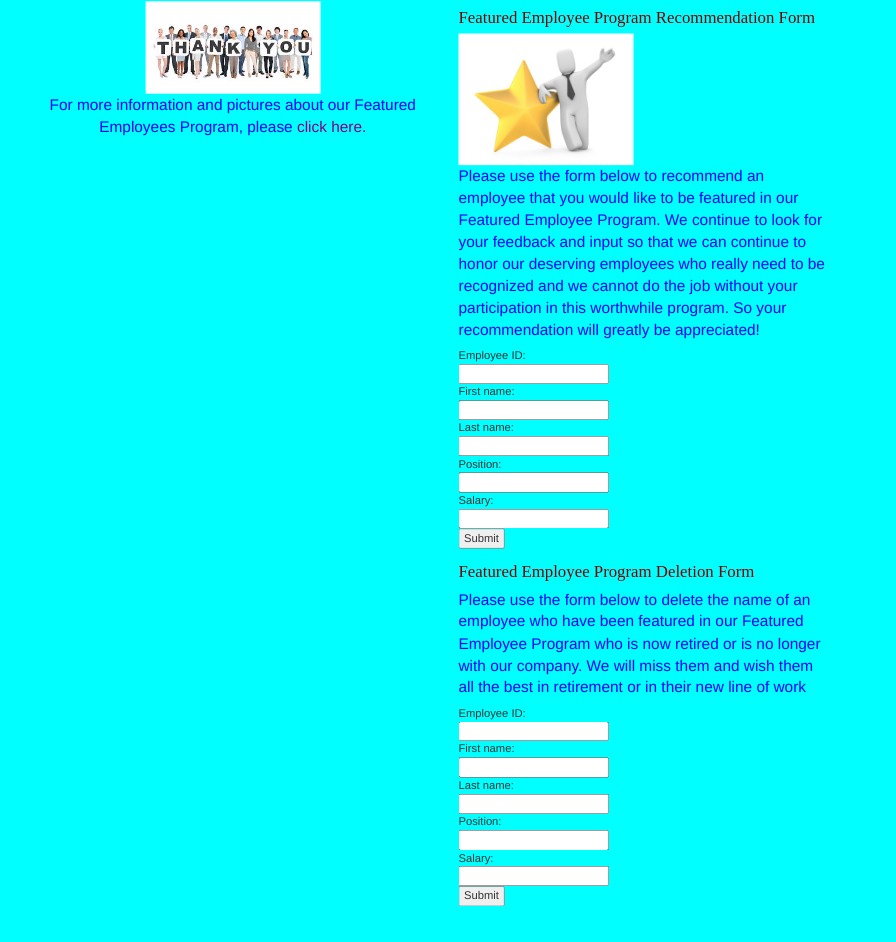
Repository: myjavaweb2/Week5JDBCAssignments
Page: myweek4project/src/main/webapp/employee.html
The author's editor kept a copy of each file at every save. The page is drawn from the files as they stood at one save, then again after the next save.
The browser window is 1280 px wide. The pictures show the part of the page from y = 1777 to 3697 px (the page is 3123 px tall before and 3697 px after), at 70% of full size.

Above is the page before, as saved 2016-08-30 20:02:04.

### myweek4project/src/main/webapp/employee.html
<!DOCTYPE html>
<html>
<head>
<meta charset="ISO-8859-1">
<title>Employee Recognition Program</title>

<!-- Latest compiled and minified CSS -->
<link rel="stylesheet" href="https://maxcdn.bootstrapcdn.com/bootstrap/3.3.7/css/bootstrap.min.css" integrity="sha384-BVYiiSIFeK1dGmJRAkycuHAHRg32OmUcww7on3RYdg4Va+PmSTsz/K68vbdEjh4u" crossorigin="anonymous">

<link rel="stylesheet" type="text/css" href="styles.css">



</head>
<body>

	<header>

		<h1>New Age International IT Consultants</h1>

	</header>

	<main>

	<h2>We Are a Global Leaders in IT Consultants</h2>

	<p>New Age International IT Consultants is a worldwide IT
		consulting company that services many Fortune 500 companies. We
		provide support to reputable companies in the areas of software
		engineering, project management, IT analysis, database management
		systems, and information technology security. We also work with
		companies in screening their IT hires and provide mentoring to new
		hires and experienced company staff.</p>

	<h3>List of our Major Services</h3>

	<ul>
		<li>Software Engineering</li>
		<li>Project Management</li>
		<li>Database Administration</li>
		<li>Web Design and Development</li>
		<li>IT Skills Recruitment and Mentoring</li>
	</ul>

	<h2>Featured Employee Program</h2>
	<p>At New Age International IT Consultants, our employees are our
		most valuable assets and we strive to honor our employees each year
		for their royalty and dedication to providing high quality services to
		our vast arrays of clients. Our employees who are featured on our
		Featured Employee Program are given recognition along with cash
		awards and other goodies.</p>

	<h2>List of 2016 Featured Employees</h2>

	<table class="table table-striped">
		<tr>
			<th>Employee ID</th>
			<th>First Name</th>
			<th>Last Name</th>
			<th>Position</th>
			<th>Salary</th>
		</tr>
		<tr>
			<td>1</td>
			<td>John</td>
			<td>McDaniel</td>
			<td>Project Analyst</td>
			<td>53720.64</td>
		</tr>
		<tr>
			<td>2</td>
			<td>Marianne</td>
			<td>Gongalez</td>
			<td>Secretary</td>
			<td>33461.20</td>
		</tr>
		<tr>
			<td>3</td>
			<td>Chris</td>
			<td>Paul</td>
			<td>Software Engineer</td>
			<td>74125.08</td>
		</tr>
		<tr>
			<td>4</td>
			<td>Halil</td>
			<td>Sharif</td>
			<td>Database Administrator</td>
			<td>78263.92</td>
		</tr>
		<tr>
			<td>5</td>
			<td>Jessica</td>
			<td>Smith</td>
			<td>Database Developer</td>
			<td>44842.50</td>
		</tr>
		<tr>
			<td>6</td>
			<td>William</td>
			<td>McCain</td>
			<td>Manager</td>
			<td>82207.12</td>
		</tr>
		<tr>
			<td>7</td>
			<td>Laura</td>
			<td>Johnson</td>
			<td>Janitor</td>
			<td>18261.37</td>
		</tr>
		<tr>
			<td>8</td>
			<td>Claire</td>
			<td>Krasinski</td>
			<td>Director</td>
			<td>107358.64</td>
		</tr>
		<tr>
			<td>9</td>
			<td>Steve</td>
			<td>Pileri</td>
			<td>Web Developer</td>
			<td>62375.95</td>
		</tr>
		<tr>
			<td>10</td>
			<td>Timothy</td>
			<td>Samuel</td>
			<td>CEO</td>
			<td>286786.35</td>
		</tr>
	</table>
	<br>
	<img alt="2016 Featured Employees" src="images/employees.jpg"> </main>

	<aside>
		<h3>Featured Employee Program Recommendation Form</h3>

		<img alt="2016 Featured Employees" src="images/employee_pride.jpg"
			width="250px">

		<p>Please use the form below to recommend an employee that you
			would like to be featured in our Featured Employee Program. We
			continue to look for your feedback and input so that we can continue
			to honor our deserving employees who really need to be recognized
			and we cannot do the job without your participation in this worthwhile
			program. So your recommendation will greatly be appreciated!</p>

		<form action="">
				Employee ID:<br> <input type="text" name="employee_id"><br>
				First name:<br> <input type="text" name="first_name"><br>
				Last name:<br> <input type="text" name="last_name"><br>
				Position:<br> <input type="text" name="position"><br>
				Salary:<br> <input type="text" name="salary"><br>
				<input type="submit" value="Submit">
		</form>

		<h3>Featured Employee Program Deletion Form</h3>

		<p>Please use the form below to delete the name of an employee who
			have been featured in our Featured Employee Program who is now
			retired or is no longer with our company. We will miss them and wish
			them all the best in retirement or in their new line of work</p>

			<form action="">
				Employee ID:<br> <input type="text" name="employee_id"><br>
				First name:<br> <input type="text" name="first_name"><br>
				Last name:<br> <input type="text" name="last_name"><br>
				Position:<br> <input type="text" name="position"><br>
				Salary:<br> <input type="text" name="salary"><br>
				<input type="submit" value="Submit">
		</form>

	</aside>

	<footer>

		<img alt="2016 Featured Employees" src="images/employees2.jpg"
			width="250px">

		<p>For more information and pictures about our Featured
			Employees Program, please <a href="http://www.graymatterblog.com/peer-peer-recognition-programs-ignites-business/" target="_blank">click here.</a></p>


	</footer>

</body>
</html>

### myweek4project/src/main/webapp/styles.css
html, body {
	margin: 0;
	padding: 0;
	border: 0;
	font-size: 100%;
	background-color: aqua;
}

header {
	height: 135px;
}

main {
	width: 950px;
	background-color: aqua;
	float: left;
	padding-left: 0;
	padding-right: 0;
	position: relative;
	right: 20px;
  	left: 80px;
  	top: 20px;
  	bottom: 15px;
}

aside {
	width: 650px;
	background-color: aqua;
	float: right;
	padding: 25px;
	padding-right: 100px;
}

footer {
	clear: left;
	padding: 35px;
	border: 5px;
	text-align: center;
}

p {
	font-style: Times New Roman, Tahoma, sans serif;
	font-size: 22px;
	color: blue;
}

h1, h2, h3 {
	font-family: fantasy, serif;
	color:maroon;
}

h1 {
	font-family: "Helvetica-Bold",Impact, sans serif;
	text-align: center;

}

ul {
	color:teal;
	font-size: 20px;
}

th {
	color: blue bold;
	font-size: 24px;
}

td {
	color:teal;
	font-size: 20px;
}

a {
	color: purple;
	text-decoration: none;
}

a:hover {

    text-decoration: line-through;
}

After the next save:
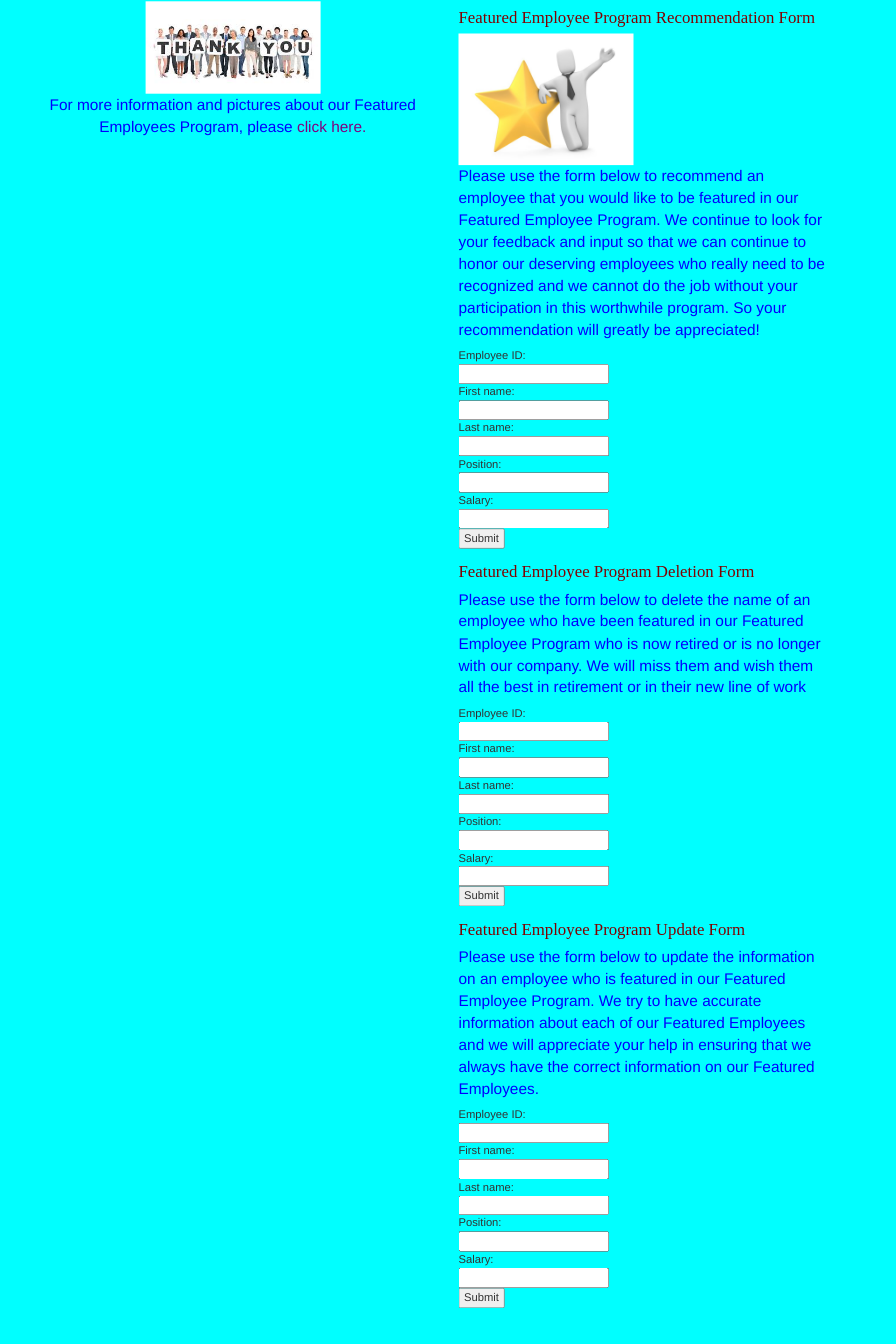
Saved 3 min 5 s later.
--- a/myweek4project/src/main/webapp/employee.html
+++ b/myweek4project/src/main/webapp/employee.html
@@ -5,7 +5,10 @@
 <title>Employee Recognition Program</title>
 
 <!-- Latest compiled and minified CSS -->
-<link rel="stylesheet" href="https://maxcdn.bootstrapcdn.com/bootstrap/3.3.7/css/bootstrap.min.css" integrity="sha384-BVYiiSIFeK1dGmJRAkycuHAHRg32OmUcww7on3RYdg4Va+PmSTsz/K68vbdEjh4u" crossorigin="anonymous">
+<link rel="stylesheet"
+	href="https://maxcdn.bootstrapcdn.com/bootstrap/3.3.7/css/bootstrap.min.css"
+	integrity="sha384-BVYiiSIFeK1dGmJRAkycuHAHRg32OmUcww7on3RYdg4Va+PmSTsz/K68vbdEjh4u"
+	crossorigin="anonymous">
 
 <link rel="stylesheet" type="text/css" href="styles.css">
 
@@ -47,8 +50,8 @@
 		most valuable assets and we strive to honor our employees each year
 		for their royalty and dedication to providing high quality services to
 		our vast arrays of clients. Our employees who are featured on our
-		Featured Employee Program are given recognition along with cash
-		awards and other goodies.</p>
+		Featured Employee Program are given recognition along with cash awards
+		and other goodies.</p>
 
 	<h2>List of 2016 Featured Employees</h2>
 
@@ -143,17 +146,17 @@
 		<p>Please use the form below to recommend an employee that you
 			would like to be featured in our Featured Employee Program. We
 			continue to look for your feedback and input so that we can continue
-			to honor our deserving employees who really need to be recognized
-			and we cannot do the job without your participation in this worthwhile
+			to honor our deserving employees who really need to be recognized and
+			we cannot do the job without your participation in this worthwhile
 			program. So your recommendation will greatly be appreciated!</p>
 
 		<form action="">
-				Employee ID:<br> <input type="text" name="employee_id"><br>
-				First name:<br> <input type="text" name="first_name"><br>
-				Last name:<br> <input type="text" name="last_name"><br>
-				Position:<br> <input type="text" name="position"><br>
-				Salary:<br> <input type="text" name="salary"><br>
-				<input type="submit" value="Submit">
+			Employee ID:<br> <input type="text" name="employee_id"><br>
+			First name:<br> <input type="text" name="first_name"><br>
+			Last name:<br> <input type="text" name="last_name"><br>
+			Position:<br> <input type="text" name="position"><br>
+			Salary:<br> <input type="text" name="salary"><br> <input
+				type="submit" value="Submit">
 		</form>
 
 		<h3>Featured Employee Program Deletion Form</h3>
@@ -163,13 +166,30 @@
 			retired or is no longer with our company. We will miss them and wish
 			them all the best in retirement or in their new line of work</p>
 
-			<form action="">
-				Employee ID:<br> <input type="text" name="employee_id"><br>
-				First name:<br> <input type="text" name="first_name"><br>
-				Last name:<br> <input type="text" name="last_name"><br>
-				Position:<br> <input type="text" name="position"><br>
-				Salary:<br> <input type="text" name="salary"><br>
-				<input type="submit" value="Submit">
+		<form action="">
+			Employee ID:<br> <input type="text" name="employee_id"><br>
+			First name:<br> <input type="text" name="first_name"><br>
+			Last name:<br> <input type="text" name="last_name"><br>
+			Position:<br> <input type="text" name="position"><br>
+			Salary:<br> <input type="text" name="salary"><br> <input
+				type="submit" value="Submit">
+		</form>
+
+		<h3>Featured Employee Program Update Form</h3>
+
+		<p>Please use the form below to update the information on an
+			employee who is featured in our Featured Employee Program. We try to
+			have accurate information about each of our Featured Employees and we
+			will appreciate your help in ensuring that we always have the correct
+			information on our Featured Employees.</p>
+
+		<form action="">
+			Employee ID:<br> <input type="text" name="employee_id"><br>
+			First name:<br> <input type="text" name="first_name"><br>
+			Last name:<br> <input type="text" name="last_name"><br>
+			Position:<br> <input type="text" name="position"><br>
+			Salary:<br> <input type="text" name="salary"><br> <input
+				type="submit" value="Submit">
 		</form>
 
 	</aside>
@@ -179,8 +199,12 @@
 		<img alt="2016 Featured Employees" src="images/employees2.jpg"
 			width="250px">
 
-		<p>For more information and pictures about our Featured
-			Employees Program, please <a href="http://www.graymatterblog.com/peer-peer-recognition-programs-ignites-business/" target="_blank">click here.</a></p>
+		<p>
+			For more information and pictures about our Featured Employees
+			Program, please <a
+				href="http://www.graymatterblog.com/peer-peer-recognition-programs-ignites-business/"
+				target="_blank">click here.</a>
+		</p>
 
 
 	</footer>
